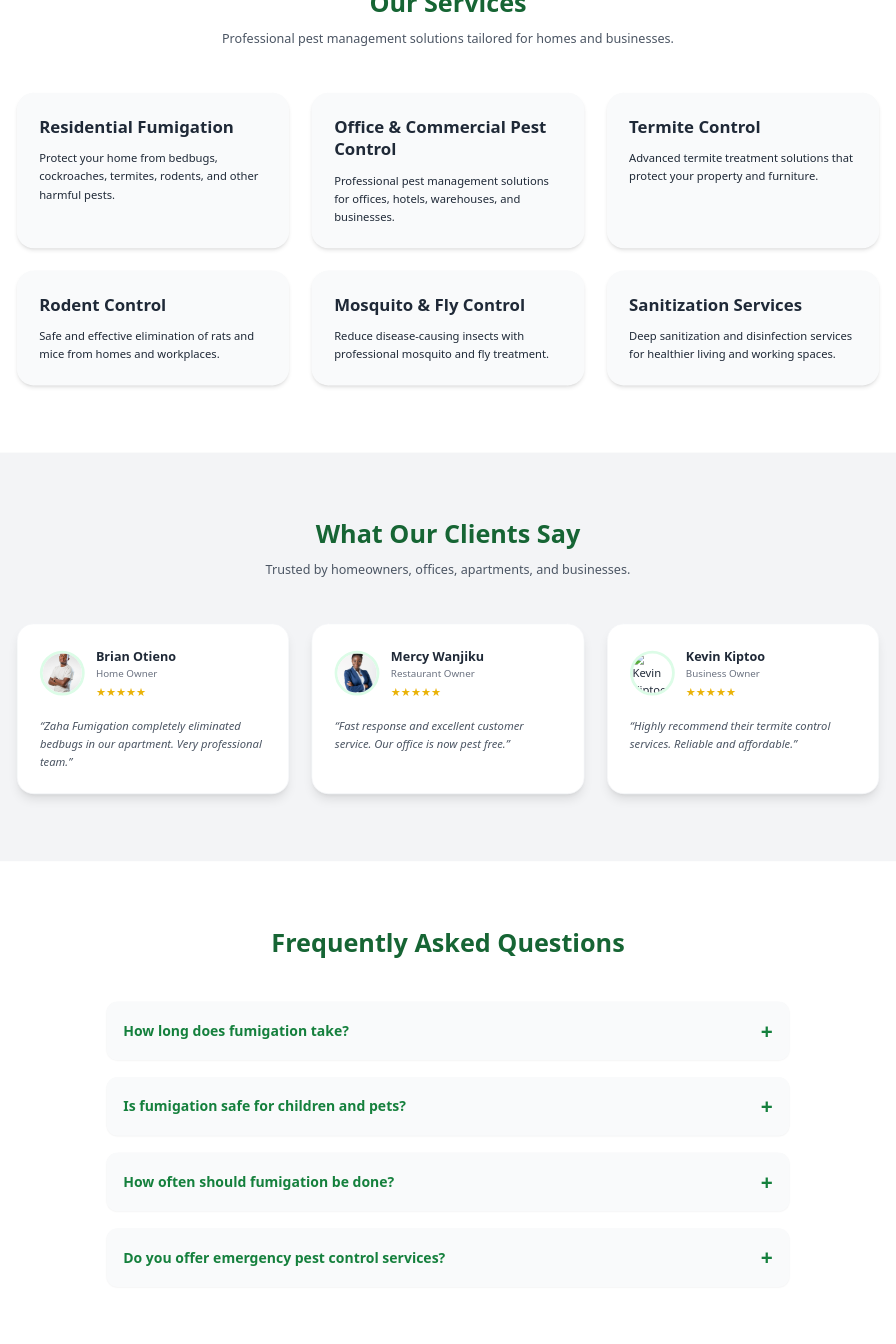
Repository: Engineer-collo/Zaha-fumigation
Page: /
An editor plug-in stored every save of this project. The page is shown before and after a run of saves, followed by the edit.
The browser window is 1280 px wide. The pictures show the part of the page from y = 2022 to 3942 px (the page is 5053 px tall), at 70% of full size.
The project was rebuilt for these pictures with package versions that can differ from the ones it lists, and the page was loaded fresh each time. Also part of the build but not shown: vite.config.js.

Above is the page before, as saved 2026-05-13 09:34:13.

### index.html
<!doctype html>
<html lang="en">
  <head>
    <meta charset="UTF-8" />
    <link rel="icon" type="image/svg+xml" href="/favicon.svg" />
    <meta name="viewport" content="width=device-width, initial-scale=1.0" />
    <title>zaha-fumigation</title>
  </head>
  <body>
    <div id="root"></div>
    <script type="module" src="/src/main.jsx"></script>
  </body>
</html>

### src/App.jsx
import React from "react";
import {
  ShieldCheck,
  Bug,
  Phone,
  Star,
  ChevronDown,
  Menu,
  X,
  Building2,
  Clock3,
  CheckCircle2
} from "lucide-react";

export default function ZahaFumigationWebsite() {
  const services = [
    {
      title: "Residential Fumigation",
      description:
        "Protect your home from bedbugs, cockroaches, termites, rodents, and other harmful pests."
    },
    {
      title: "Office & Commercial Pest Control",
      description:
        "Professional pest management solutions for offices, hotels, warehouses, and businesses."
    },
    {
      title: "Termite Control",
      description:
        "Advanced termite treatment solutions that protect your property and furniture."
    },
    {
      title: "Rodent Control",
      description:
        "Safe and effective elimination of rats and mice from homes and workplaces."
    },
    {
      title: "Mosquito & Fly Control",
      description:
        "Reduce disease-causing insects with professional mosquito and fly treatment."
    },
    {
      title: "Sanitization Services",
      description:
        "Deep sanitization and disinfection services for healthier living and working spaces."
    }
  ];

  const testimonials = [
    {
      name: "Brian Otieno",
      role: "Home Owner",
      image:
        "/brian.png",
      feedback:
        "Zaha Fumigation completely eliminated bedbugs in our apartment. Very professional team."
    },
    {
      name: "Mercy Wanjiku",
      role: "Restaurant Owner",
      image:
        "/mercy.png",
      feedback:
        "Fast response and excellent customer service. Our office is now pest free."
    },
    {
      name: "Kevin Kiptoo",
      role: "Business Owner",
      image:
        "/",
      feedback:
        "Highly recommend their termite control services. Reliable and affordable."
    }
  ];
  const faqs = [
    {
      question: "How long does fumigation take?",
      answer:
        "Most fumigation services take between 2 to 6 hours depending on the size of the property and the type of pest infestation."
    },
    {
      question: "Is fumigation safe for children and pets?",
      answer:
        "Yes. We use approved and safe treatment methods and provide safety instructions before and after treatment."
    },
    {
      question: "How often should fumigation be done?",
      answer:
        "Residential properties should undergo pest control every 3 to 6 months depending on the environment."
    },
    {
      question: "Do you offer emergency pest control services?",
      answer:
        "Yes. We provide emergency fumigation and pest control services for homes and businesses."
    }
  ];

  const [openFAQ, setOpenFAQ] = React.useState(null);
  const [mobileMenu, setMobileMenu] = React.useState(false);

  return (
    <div className="bg-white text-gray-800 scroll-smooth">
      {/* Navbar */}
      <nav className="fixed top-0 left-0 w-full bg-white/95 backdrop-blur-md shadow-md z-50 border-b border-gray-100">
        <div className="max-w-7xl mx-auto flex justify-between items-center px-6 py-4">
        <div className="flex items-center gap-3">
  <img
    src="/zaha-logo.png"
    alt="Zaha Fumigation Logo"
    className="w-14 h-14 object-contain"
  />

  <div>
    <h1 className="text-3xl font-extrabold text-green-700 tracking-tight">
      Zaha Fumigation
    </h1>

    <p className="text-xs text-gray-500">
      Safe • Reliable • Professional
    </p>
  </div>
</div>
          <div className="hidden md:flex gap-8 font-medium items-center">
            <a href="#home" className="hover:text-green-700 transition">Home</a>
            <a href="#about" className="hover:text-green-700 transition">About</a>
            <a href="#services" className="hover:text-green-700 transition">Services</a>
            <a href="#testimonials" className="hover:text-green-700 transition">Testimonials</a>
            <a href="#faq" className="hover:text-green-700 transition">FAQs</a>
            <a href="#contact" className="hover:text-green-700 transition">Contact</a>

            <a
              href="#contact"
              className="bg-green-700 hover:bg-green-800 text-white px-6 py-3 rounded-xl transition font-semibold"
            >
              Free Inspection
            </a>
          </div>

          <button
            onClick={() => setMobileMenu(!mobileMenu)}
            className="md:hidden text-green-700"
          >
            {mobileMenu ? <X size={30} /> : <Menu size={30} />}
          </button>
        </div>

        {mobileMenu && (
          <div className="md:hidden bg-white border-t border-gray-100 px-6 py-6 space-y-4 shadow-lg">
            <a href="#home" className="block">Home</a>
            <a href="#about" className="block">About</a>
            <a href="#services" className="block">Services</a>
            <a href="#testimonials" className="block">Testimonials</a>
            <a href="#faq" className="block">FAQs</a>
            <a href="#contact" className="block">Contact</a>
          </div>
        )}
      </nav>

      {/* Hero */}
      <section
        id="home"
        className="pt-6 min-h-screen bg-gradient-to-r from-green-700 to-green-900 text-white flex items-center"
      >
        <div className="max-w-7xl mx-auto px-6 grid md:grid-cols-2 gap-12 items-center">
          <div>
            <div className="inline-flex items-center gap-2 bg-yellow-500 text-black px-4 py-2 rounded-full font-semibold mb-6">
              <ShieldCheck size={18} />
              Trusted Pest Control Experts in Kenya
            </div>

            <h1 className="text-5xl md:text-7xl font-extrabold leading-tight mb-6">
              Protect Your Home & Business From Harmful Pests
            </h1>

            <p className="text-xl text-gray-200 mb-8 leading-relaxed max-w-2xl">
              Fast, safe, and affordable fumigation services for homes,
              offices, restaurants, schools, apartments, and businesses.
              We eliminate pests professionally using eco-friendly solutions.
            </p>

            <div className="flex flex-wrap gap-8 mb-10 text-sm md:text-base">
              <div className="flex items-center gap-2">
                <CheckCircle2 className="text-yellow-400" />
                Licensed Professionals
              </div>

              <div className="flex items-center gap-2">
                <CheckCircle2 className="text-yellow-400" />
                Same Day Service
              </div>

              <div className="flex items-center gap-2">
                <CheckCircle2 className="text-yellow-400" />
                Affordable Pricing
              </div>
            </div>

            <div className="flex gap-4 flex-wrap">
              <a
                href="#contact"
                className="bg-yellow-500 hover:bg-yellow-600 text-black px-8 py-4 rounded-2xl font-semibold transition"
              >
                Book Inspection
              </a>

              <a
                href="#services"
                className="border border-white hover:bg-white hover:text-green-800 px-8 py-4 rounded-2xl font-semibold transition"
              >
                Our Services
              </a>
            </div>
          </div>

          <div>
            <img
              src="/home-pic.png"
              alt="Fumigation"
              className="rounded-3xl shadow-2xl w-full h-[500px] object-cover"
            />
          </div>
        </div>
      </section>

      {/* About */}
      <section id="about" className="py-24 bg-gray-50">
        <div className="max-w-7xl mx-auto px-6 grid md:grid-cols-2 gap-14 items-center">
          <div>
            <img
              src="zaha-about.png"
              alt="About"
              className="rounded-3xl shadow-xl"
            />
          </div>

          <div>
            <h2 className="text-4xl font-bold mb-6 text-green-800">
              About Zaha Fumigation
            </h2>

            <p className="text-gray-700 leading-relaxed mb-6 text-lg">
              We are a professional fumigation and pest control company dedicated
              to protecting homes, offices, and commercial properties from pests.
            </p>

            <div className="grid grid-cols-2 gap-6 mt-8">
              <div className="bg-white p-6 rounded-2xl shadow-md">
                <h3 className="text-3xl font-bold text-green-700">5+</h3>
                <p className="mt-2 text-gray-600">Years Experience</p>
              </div>

              <div className="bg-white p-6 rounded-2xl shadow-md">
                <h3 className="text-3xl font-bold text-green-700">1000+</h3>
                <p className="mt-2 text-gray-600">Happy Clients</p>
              </div>
            </div>
          </div>
        </div>
      </section>

      {/* Why Choose Us */}
      <section className="py-24 bg-gray-50">
        <div className="max-w-7xl mx-auto px-6">
          <div className="text-center mb-16">
            <h2 className="text-4xl font-bold text-green-800 mb-4">
              Why Choose Zaha Fumigation?
            </h2>

            <p className="text-gray-600 text-lg max-w-3xl mx-auto">
              We combine professional expertise, modern treatment methods, and fast response services to keep your environment pest free.
            </p>
          </div>

          <div className="grid md:grid-cols-4 gap-8">
            <div className="bg-white p-8 rounded-3xl shadow-md text-center">
              <ShieldCheck className="mx-auto text-green-700 mb-4" size={45} />
              <h3 className="font-bold text-xl mb-3">Certified Experts</h3>
              <p className="text-gray-600">Professional and trained fumigation technicians.</p>
            </div>

            <div className="bg-white p-8 rounded-3xl shadow-md text-center">
              <Clock3 className="mx-auto text-green-700 mb-4" size={45} />
              <h3 className="font-bold text-xl mb-3">Fast Response</h3>
              <p className="text-gray-600">Same day inspections and emergency support.</p>
            </div>

            <div className="bg-white p-8 rounded-3xl shadow-md text-center">
              <Building2 className="mx-auto text-green-700 mb-4" size={45} />
              <h3 className="font-bold text-xl mb-3">Commercial Services</h3>
              <p className="text-gray-600">Trusted by offices, apartments, and businesses.</p>
            </div>

            <div className="bg-white p-8 rounded-3xl shadow-md text-center">
              <Bug className="mx-auto text-green-700 mb-4" size={45} />
              <h3 className="font-bold text-xl mb-3">Guaranteed Results</h3>
              <p className="text-gray-600">Effective treatment using modern pest control methods.</p>
            </div>
          </div>
        </div>
      </section>

      {/* Services */}
      <section id="services" className="py-24 bg-white">
        <div className="max-w-7xl mx-auto px-6">
          <div className="text-center mb-16">
            <h2 className="text-4xl font-bold text-green-800 mb-4">
              Our Services
            </h2>

            <p className="text-gray-600 text-lg max-w-2xl mx-auto">
              Professional pest management solutions tailored for homes and businesses.
            </p>
          </div>

          <div className="grid md:grid-cols-3 gap-8">
            {services.map((service, index) => (
              <div
                key={index}
                className="bg-gray-50 hover:bg-green-700 hover:text-white transition duration-300 rounded-3xl p-8 shadow-md"
              >
                <h3 className="text-2xl font-bold mb-4">{service.title}</h3>
                <p className="leading-relaxed">{service.description}</p>
              </div>
            ))}
          </div>
        </div>
      </section>

{/* Testimonials */}
<section id="testimonials" className="py-24 bg-gray-100">
  <div className="max-w-7xl mx-auto px-6">
    <div className="text-center mb-16">
      <h2 className="text-4xl font-bold text-green-800 mb-4">
        What Our Clients Say
      </h2>

      <p className="text-gray-600 text-lg">
        Trusted by homeowners, offices, apartments, and businesses.
      </p>
    </div>

    <div className="grid md:grid-cols-3 gap-8">
      {testimonials.map((testimonial, index) => (
        <div
          key={index}
          className="bg-white rounded-3xl shadow-lg p-8 hover:-translate-y-2 transition duration-300 border border-gray-100"
        >
          <div className="flex items-center gap-4 mb-6">
            <img
              src={testimonial.image}
              alt={testimonial.name}
              className="w-16 h-16 rounded-full object-cover border-4 border-green-100"
            />

            <div>
              <h3 className="font-bold text-lg text-gray-800">
                {testimonial.name}
              </h3>

              <p className="text-sm text-gray-500">
                {testimonial.role}
              </p>

              <div className="flex text-yellow-500 mt-1">
                ★★★★★
              </div>
            </div>
          </div>

          <p className="text-gray-600 leading-relaxed italic">
            “{testimonial.feedback}”
          </p>
        </div>
      ))}
    </div>
  </div>
</section>
      {/* FAQs */}
      <section id="faq" className="py-24 bg-white">
        <div className="max-w-5xl mx-auto px-6">
          <div className="text-center mb-16">
            <h2 className="text-4xl font-bold text-green-800 mb-4">
              Frequently Asked Questions
            </h2>
          </div>

          <div className="space-y-6">
            {faqs.map((faq, index) => (
              <div
                key={index}
                className="bg-gray-50 rounded-2xl shadow-sm overflow-hidden"
              >
                <button
                  onClick={() =>
                    setOpenFAQ(openFAQ === index ? null : index)
                  }
                  className="w-full flex justify-between items-center p-6 text-left"
                >
                  <h3 className="text-xl font-bold text-green-700">
                    {faq.question}
                  </h3>

                  <span className="text-3xl text-green-700 font-bold">
                    {openFAQ === index ? "−" : "+"}
                  </span>
                </button>

                {openFAQ === index && (
                  <div className="px-6 pb-6">
                    <p className="text-gray-700 leading-relaxed">
                      {faq.answer}
                    </p>
                  </div>
                )}
              </div>
            ))}
          </div>
        </div>
      </section>

      {/* Contact */}
      <section id="contact" className="py-24 bg-green-900 text-white">
        <div className="max-w-7xl mx-auto px-6 grid md:grid-cols-2 gap-12">
          <div>
            <h2 className="text-4xl font-bold mb-6">
              Contact Us Today
            </h2>

            <p className="text-gray-300 leading-relaxed mb-8 text-lg">
              Need urgent pest control services? Reach out to our team today.
            </p>

            <div className="space-y-4 text-lg">
              <p>
                <span className="font-bold">Phone:</span> +254 700 000 000
              </p>
              <p>
                <span className="font-bold">Email:</span>
                info@zahafumigation.com
              </p>
              <p>
                <span className="font-bold">Location:</span> Nairobi, Kenya
              </p>
            </div>
          </div>

          <form className="bg-white text-black rounded-3xl p-8 shadow-2xl space-y-6">
            <div>
              <label className="block mb-2 font-semibold">Full Name</label>
              <input
                type="text"
                placeholder="Enter your name"
                className="w-full border border-gray-300 rounded-xl px-4 py-3 outline-none focus:ring-2 focus:ring-green-700"
              />
            </div>

            <div>
              <label className="block mb-2 font-semibold">Phone Number</label>
              <input
                type="text"
                placeholder="Enter your phone"
                className="w-full border border-gray-300 rounded-xl px-4 py-3 outline-none focus:ring-2 focus:ring-green-700"
              />
            </div>

            <div>
              <label className="block mb-2 font-semibold">Message</label>
              <textarea
                rows="5"
                placeholder="Describe your pest problem"
                className="w-full border border-gray-300 rounded-xl px-4 py-3 outline-none focus:ring-2 focus:ring-green-700"
              ></textarea>
            </div>

            <button
              type="submit"
              className="w-full bg-green-700 hover:bg-green-800 text-white py-4 rounded-xl font-semibold transition"
            >
              Send Message
            </button>
          </form>
        </div>
      </section>

      {/* Footer */}
      <footer className="bg-black text-gray-400 pt-16 pb-8">
        <div className="max-w-7xl mx-auto px-6 grid md:grid-cols-4 gap-10 mb-12">
          <div>
            <h2 className="text-3xl font-bold text-white mb-4">
              Zaha Fumigation
            </h2>
            <p className="leading-relaxed">
              Professional pest control and fumigation services for homes and businesses across Kenya.
            </p>
          </div>

          <div>
            <h3 className="text-white font-bold mb-4">Quick Links</h3>
            <div className="space-y-3">
              <a href="#home" className="block hover:text-white">Home</a>
              <a href="#services" className="block hover:text-white">Services</a>
              <a href="#faq" className="block hover:text-white">FAQs</a>
              <a href="#contact" className="block hover:text-white">Contact</a>
            </div>
          </div>

          <div>
            <h3 className="text-white font-bold mb-4">Our Services</h3>
            <div className="space-y-3">
              <p>Bedbug Control</p>
              <p>Termite Treatment</p>
              <p>Rodent Control</p>
              <p>Commercial Fumigation</p>
            </div>
          </div>

          <div>
            <h3 className="text-white font-bold mb-4">Business Hours</h3>
            <div className="space-y-3">
              <p>Mon - Sat: 7:00 AM - 7:00 PM</p>
              <p>Sunday: Emergency Only</p>
              <div className="flex items-center gap-3 text-green-400 font-semibold mt-4">
                <Phone size={18} />
                +254 700 000 000
              </div>
            </div>
          </div>
        </div>

        <div className="border-t border-gray-800 pt-6 text-center">
          <p>
            © {new Date().getFullYear()} Zaha Fumigation. All rights reserved.
          </p>
        </div>
      </footer>

      {/* WhatsApp Button */}
      <a
        href="https://wa.me/254700000000"
        target="_blank"
        rel="noopener noreferrer"
        className="fixed bottom-6 right-6 bg-green-500 hover:bg-green-600 text-white px-6 py-4 rounded-full shadow-2xl font-semibold"
      >
        WhatsApp
      </a>
    </div>
  );
}

Loaded but not shown: src/main.jsx (common file); src/index.css (common file); tailwind.config.js (common file)

After the next 4 saves:
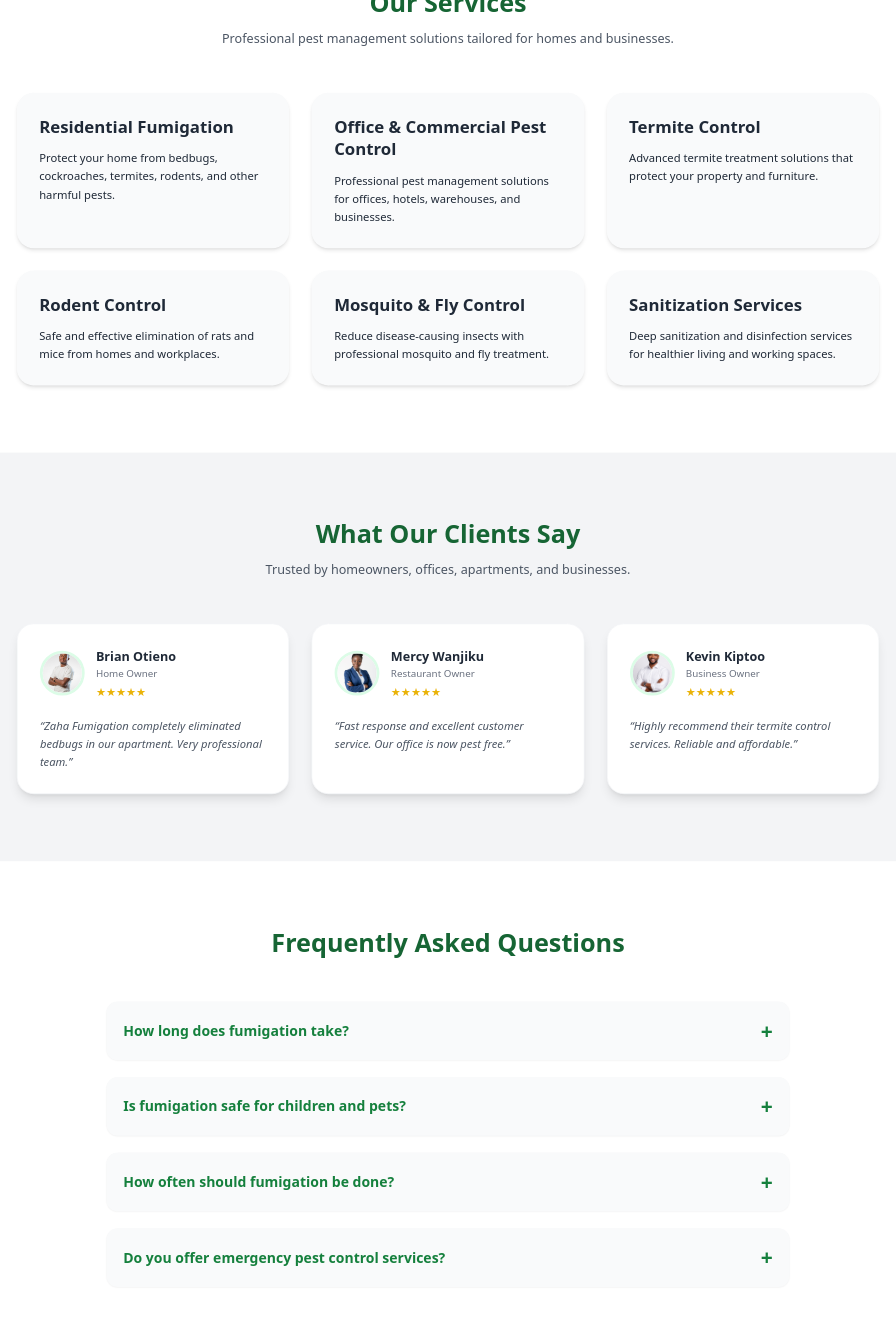
The 4 saves are shown as one change because they came seconds apart.
The last was saved 11 s later.
--- a/src/App.jsx
+++ b/src/App.jsx
@@ -67,7 +67,7 @@ export default function ZahaFumigationWebsite() {
       name: "Kevin Kiptoo",
       role: "Business Owner",
       image:
-        "/",
+        "/kevin.png",
       feedback:
         "Highly recommend their termite control services. Reliable and affordable."
     }
